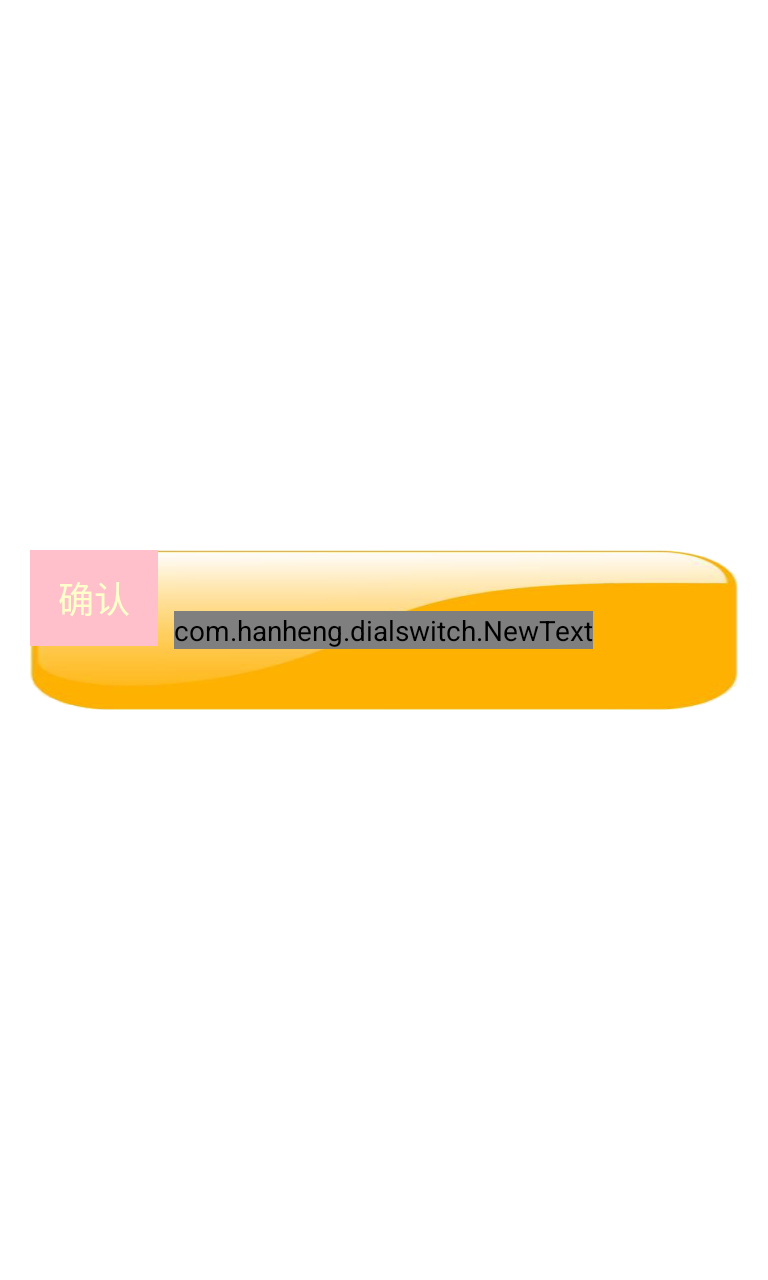
Repository: CovaWang/temporary_embedded
Layout: 7#车联·共享单车/代码/代码/res/layout/display.xml
The author's editor kept a copy of each file at every save. The layout is drawn from the files as they stood at one save, then again after the next save.
Pictures or frames that could not be fetched are drawn as grey boxes. It is drawn on a 768 x 1280 px phone screen (xhdpi) without system bars, with theme AppTheme; the app's code is not run.

Above is the layout before, as saved 2024-05-15 11:31:19.

### 7#车联·共享单车/代码/代码/res/layout/display.xml
<?xml version="1.0" encoding="utf-8"?>
<LinearLayout xmlns:android="http://schemas.android.com/apk/res/android"
    android:layout_width="match_parent"
    android:layout_height="match_parent"
    android:gravity="center"
    android:orientation="vertical">

    <RelativeLayout
        android:layout_width="wrap_content"
        android:layout_height="80dp"
        android:layout_marginBottom="10dp"
        android:background="@drawable/btn">

        <com.hanheng.dialswitch.NewText
            android:layout_width="wrap_content"
            android:layout_height="wrap_content"
            android:layout_centerInParent="true"
            android:gravity="center"
            android:text="8888"
            android:textColor="#66C0C0C0"
            android:textSize="60dp"
            android:textStyle="bold" />

        <com.hanheng.dialswitch.NewText
            android:id="@+id/counterText"
            android:layout_width="wrap_content"
            android:layout_height="wrap_content"
            android:layout_centerInParent="true"
            android:layout_marginTop="5dp"
            android:gravity="center"
            android:text="0000"
            android:textSize="60dp"
            android:textStyle="bold" />
      <Button
        android:id="@+id/temp_btn"
        android:layout_width="wrap_content"
        android:layout_height="wrap_content"
     	android:gravity="center"
        android:background="#FFC0CB"
        android:text="确认"
        android:textColor="#FFC" />

    </RelativeLayout>

</LinearLayout>

### 7#车联·共享单车/代码/代码/res/values/styles.xml
<resources>

    <!--
        Base application theme, dependent on API level. This theme is replaced
        by AppBaseTheme from res/values-vXX/styles.xml on newer devices.

    -->
    <style name="AppBaseTheme" parent="android:Theme.Light">
        <!--
            Theme customizations available in newer API levels can go in
            res/values-vXX/styles.xml, while customizations related to
            backward-compatibility can go here.

        -->
    </style>

    <!-- Application theme. -->
    <style name="AppTheme" parent="AppBaseTheme">
        <!-- All customizations that are NOT specific to a particular API-level can go here. -->
    </style>
    <!-- 高宽都包裹内容 -->
    <style name="wrapcontent">
        <item name="android:layout_width">wrap_content</item>
        <item name="android:layout_height">wrap_content</item>
    </style>

    <!-- 自定义对话框样式 -->
    <style name="dialog_custom" parent="android:style/Theme.Dialog">
        <item name="android:windowFrame">@null</item>
        <item name="android:windowNoTitle">true</item>
        <item name="android:background">#00000000</item>
        <item name="android:windowBackground">@android:color/transparent</item>
    </style>
    <!-- TextView 16sp样式 -->
    <style name="textview16sp" parent="wrapcontent">
        <item name="android:textSize">16sp</item>
        <item name="android:gravity">center_vertical</item>
    </style>

    <!-- TextView 14sp样式 -->
    <style name="textview12sp" parent="wrapcontent">
        <item name="android:textSize">12sp</item>
        <item name="android:gravity">center_vertical</item>
    </style>
    <!-- TextView 14sp样式 -->
    <style name="textview14sp" parent="wrapcontent">
        <item name="android:textSize">14sp</item>
        <item name="android:gravity">center_vertical</item>
    </style>

    <!-- 宽度为0dp,高度为包裹内容，权重为1 -->
    <style name="zero_widthwrapcontent">
        <item name="android:layout_width">0dp</item>
        <item name="android:layout_height">wrap_content</item>
        <item name="android:layout_weight">1</item>
    </style>

    <!-- 黄色14sp,图片间距为5dp的textview -->
    <style name="tvyellow14sp" parent="zero_widthwrapcontent">
        <item name="android:textSize">14sp</item>
        <item name="android:drawablePadding">3dp</item>
        <item name="android:gravity">center</item>
        <item name="android:textColor">@color/bright_yellow</item>
    </style>

</resources>

Loaded but not shown: 7#车联·共享单车/代码/代码/res/values-v11/styles.xml (common file); 7#车联·共享单车/代码/代码/res/values-v14/styles.xml (common file)

After the next save:
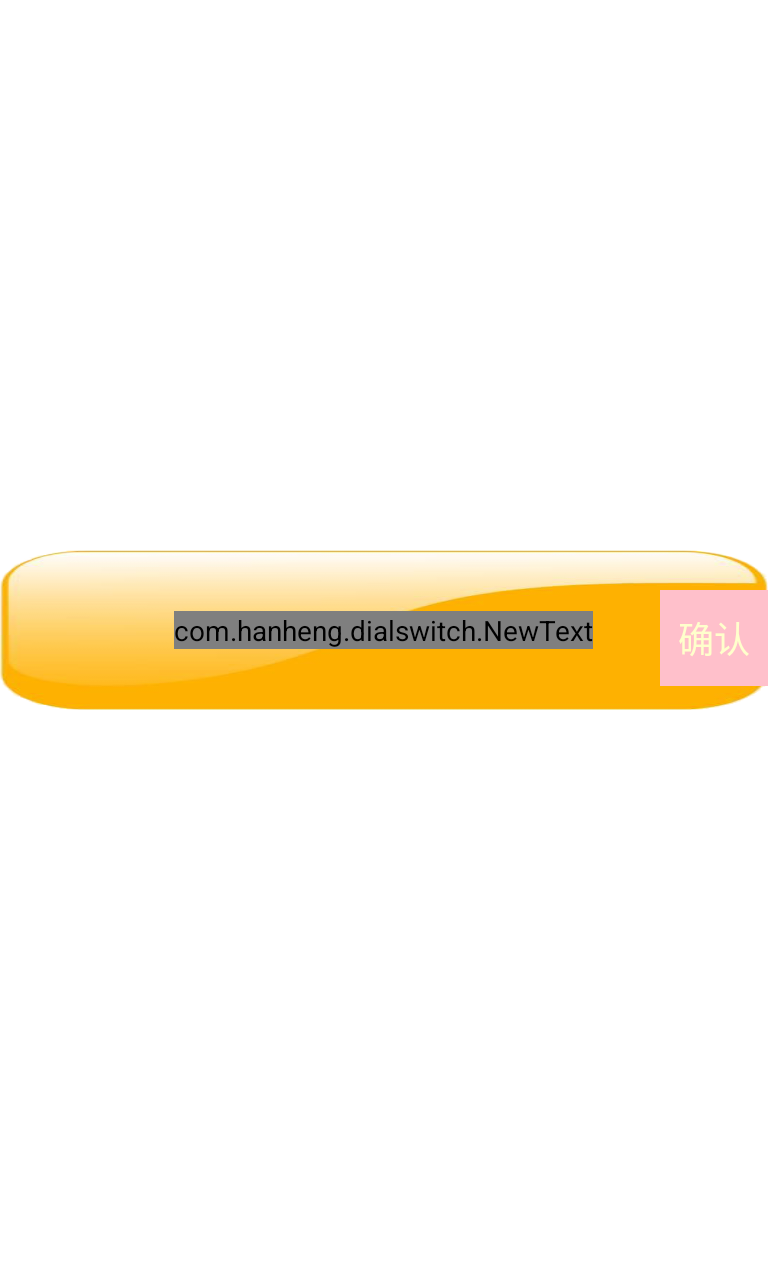
Saved 36 s later.
--- a/7#车联·共享单车/代码/代码/res/layout/display.xml
+++ b/7#车联·共享单车/代码/代码/res/layout/display.xml
@@ -35,7 +35,8 @@
         android:id="@+id/temp_btn"
         android:layout_width="wrap_content"
         android:layout_height="wrap_content"
-     	android:gravity="center"
+        android:layout_marginTop="20dp"
+        android:layout_marginLeft="330dp"
         android:background="#FFC0CB"
         android:text="确认"
         android:textColor="#FFC" />
